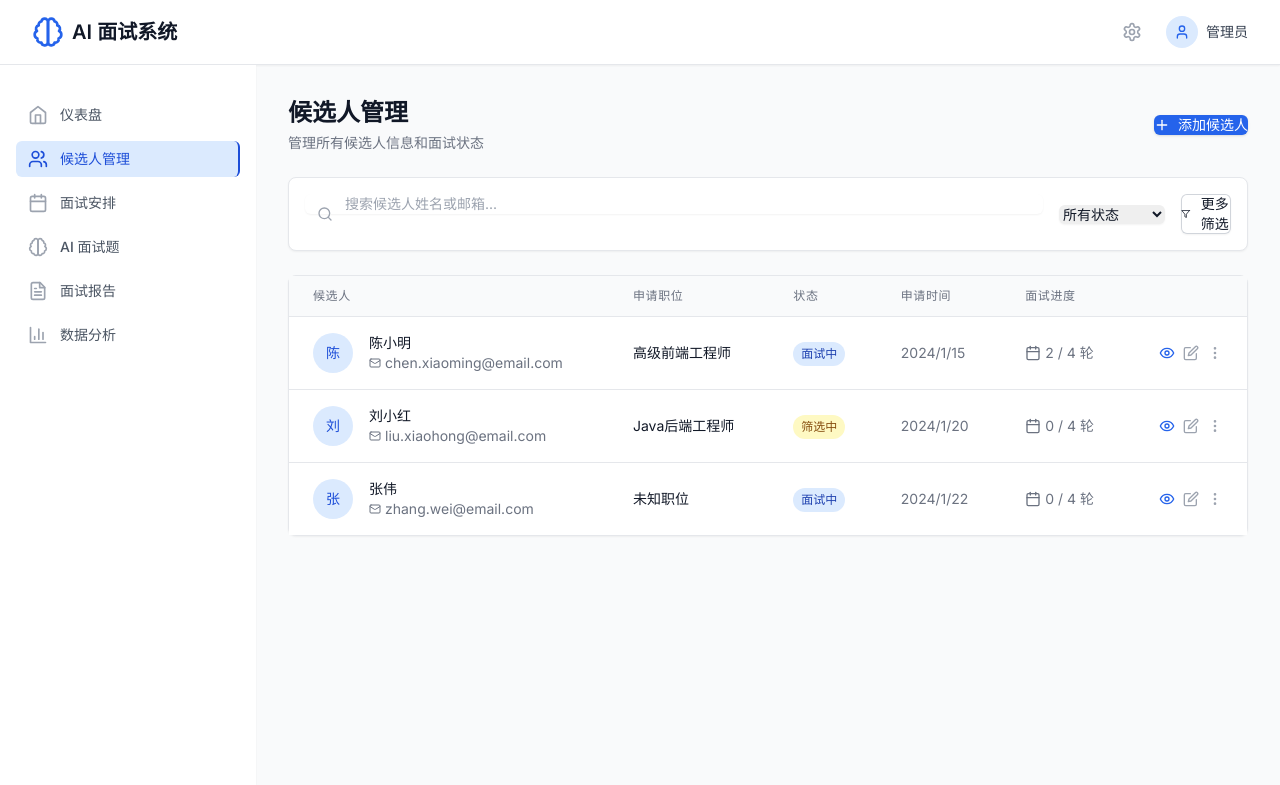
Repository: OisCircle/ai-day
Page: /candidates
An editor plug-in stored every save of this project. The page is shown before and after the next save, followed by the edit.
The browser window is 1280 px wide. The pictures show the whole page.
The project was rebuilt for these pictures with package versions that can differ from the ones it lists, and the page was loaded fresh each time. Also part of the build but not shown: vite.config.ts, src/pages/Dashboard.tsx, src/pages/InterviewAnalysis.tsx, src/pages/InterviewConducting.tsx, src/pages/InterviewReports.tsx, src/pages/InterviewSchedule.tsx, src/pages/AIInterviewQuestions.tsx.

Above is the page before, as saved 2025-08-20 14:43:31.

After the next save:
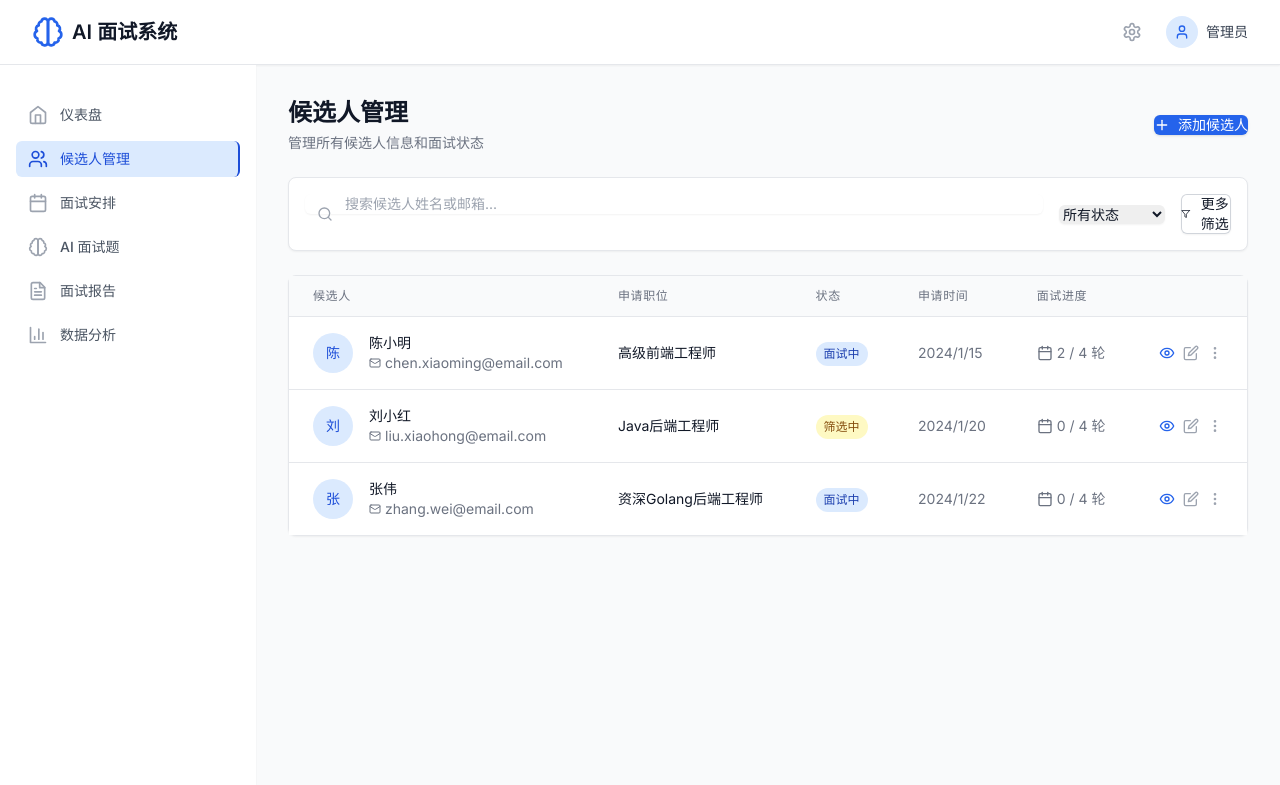
Saved 11 s later.
--- a/src/data/jobDescriptions.json
+++ b/src/data/jobDescriptions.json
@@ -74,5 +74,35 @@
     },
     "location": "北京",
     "type": "full-time"
+  },
+  {
+    "id": "job003",
+    "title": "资深Golang后端工程师",
+    "department": "技术部",
+    "level": "senior",
+    "requirements": [
+      "5年以上Golang开发经验",
+      "深度理解DDD领域驱动设计",
+      "熟悉微服务架构和分布式系统",
+      "有高并发系统设计和优化经验",
+      "优秀的系统设计和架构能力"
+    ],
+    "responsibilities": [
+      "负责核心业务系统的架构设计和开发",
+      "基于DDD进行系统重构和优化",
+      "指导团队进行技术选型和最佳实践",
+      "参与高并发系统的性能调优",
+      "推进DevOps和云原生技术实践"
+    ],
+    "skills": {
+      "technical": ["Golang", "DDD", "微服务", "Docker", "Kubernetes", "Redis", "MySQL", "消息队列", "分布式系统"],
+      "soft": ["系统设计", "架构思维", "团队协作", "技术领导力"]
+    },
+    "salaryRange": {
+      "min": 30000,
+      "max": 50000
+    },
+    "location": "北京",
+    "type": "full-time"
   }
 ]
